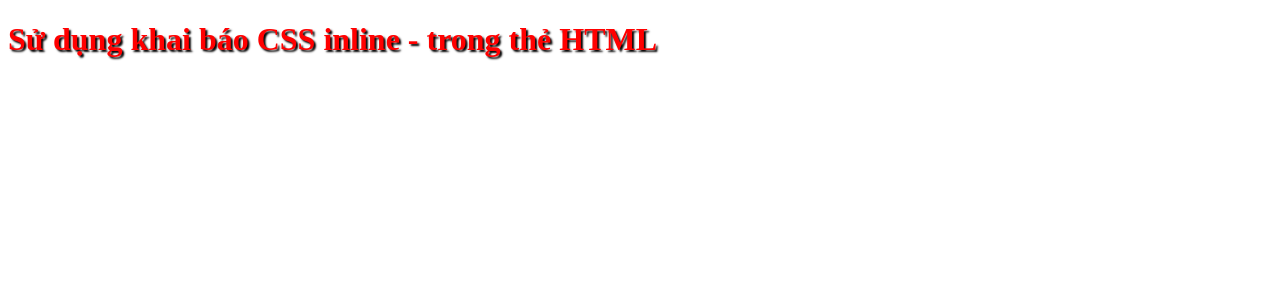
Repository: Pr-DuyTam/HTML-CSS-JS-PHP
Page: CSS/Bài Tập CSS/Bai1.html
An editor plug-in stored every save of this project. The page is shown before and after the next save, followed by the edit.
The browser window is 1280 px wide. The pictures show the whole page.

Above is the page before, as saved 2023-08-03 08:35:23.

### CSS/Bài Tập CSS/Bai1.html
<!DOCTYPE html>
<html lang="en">
<head>
    <meta charset="UTF-8">
    <meta name="viewport" content="width=device-width, initial-scale=1.0">
    <title>Bài tập 1</title>
    <style>
        h1{
            color: red;
            text-shadow: 2px 2px 2px black;
        }
    </style>
</head>
<body>
    <h1 >
        Sử dụng khai báo CSS inline - trong thẻ HTML
    </h1>
</body>
</html>

After the next save:
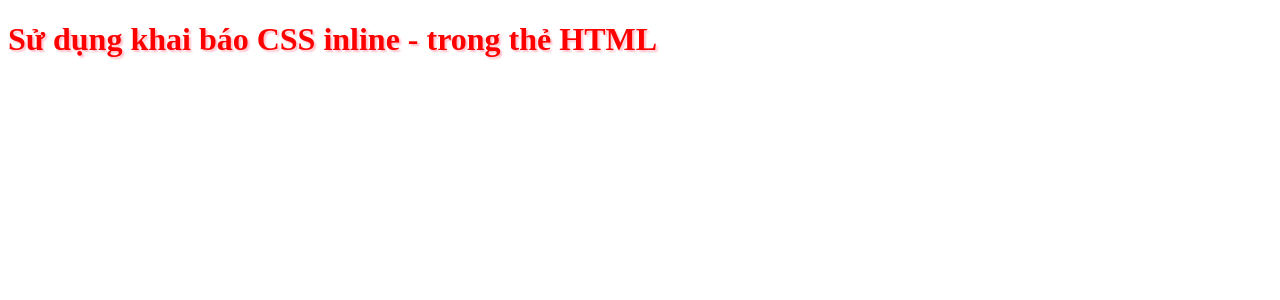
Saved 8 s later.
--- a/CSS/Bài Tập CSS/Bai1.html
+++ b/CSS/Bài Tập CSS/Bai1.html
@@ -7,7 +7,7 @@
     <style>
         h1{
             color: red;
-            text-shadow: 2px 2px 2px black;
+            text-shadow: 2px 2px 2px pink;
         }
     </style>
 </head>
